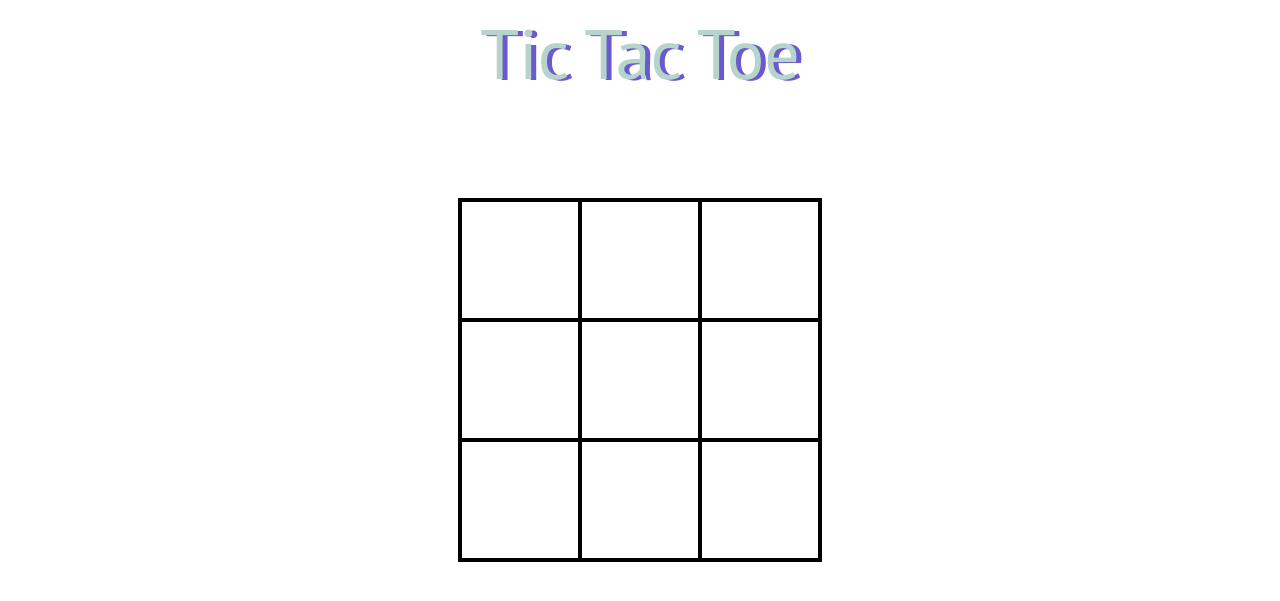
Repository: chin9/TicTacToe
Page: index.html
The author's editor kept a copy of each file at every save. The page is drawn from the files as they stood at one save, then again after a run of saves.
The browser window is 1280 px wide. The pictures show the whole page.

Above is the page before, as saved 2021-05-12 13:49:17.

### index.html
<head>
    <link rel='stylesheet' href='style.css'>
</head>

<title> TicTacToe</title>

<header>Tic Tac Toe</header>


<body>
    <div class='board'>

        <div class='grid'>

        </div>

        <div class='grid'>

        </div>

        <div class='grid'>

        </div>

        <div class='grid'>

        </div>

        <div class='grid'>

        </div>

        <div class='grid'>

        </div>

        <div class='grid'>

        </div>

        <div class='grid'>

        </div>

        <div class='grid'>

        </div>

    </div>
</body>

### style.css
@import url('https://fonts.googleapis.com/css2?family=PT+Sans&display=swap');


header{
    font-family: 'PT Sans', sans-serif;
    font-size: 70px;
    color: rgb(182, 212, 203);
    text-shadow: 5px 1px slateblue;
    text-align: center;
}

body{
    display: flex;
    flex-direction: column;
    align-items: center;

}

.board{
    height: 50vh;
    width: 50vh;

    position: relative;
    top: 100px;

    display: grid;
    grid-template-columns: 1fr 1fr 1fr;
    grid-template-rows: 1fr 1fr 1fr;

    border: 2px black solid;
}

.grid{
    border: 2px black solid;
}

After the next 2 saves:
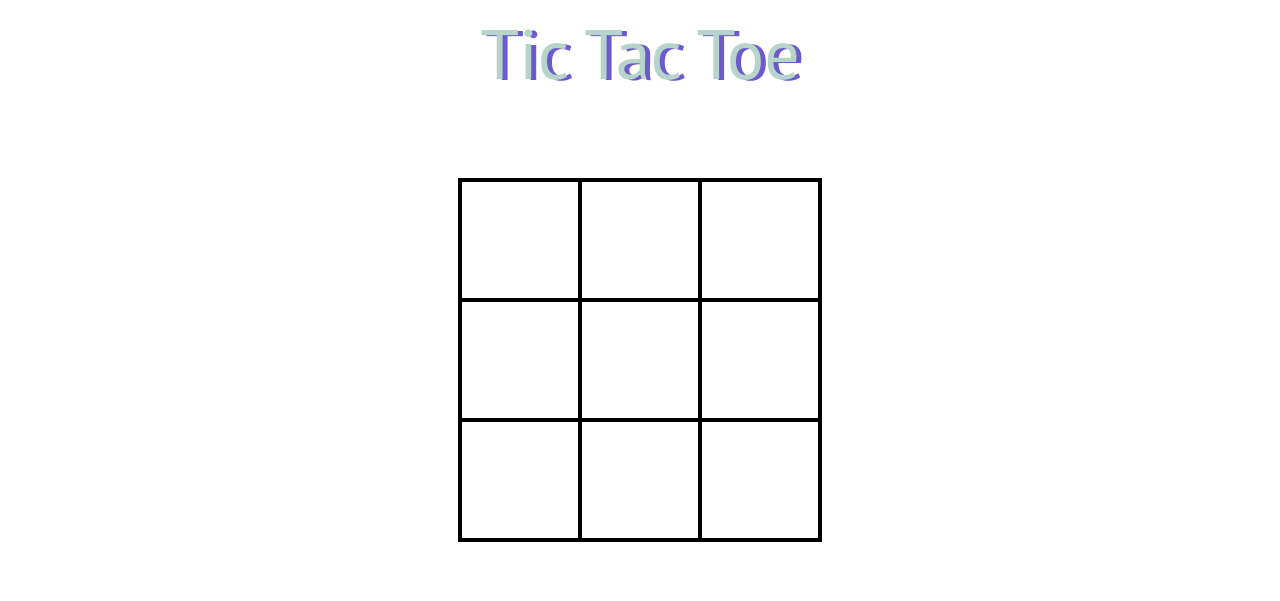
The 2 saves are shown as one change because they came seconds apart.
The last was saved 10 s later.
--- a/style.css
+++ b/style.css
@@ -21,7 +21,7 @@ body{
     width: 50vh;
 
     position: relative;
-    top: 100px;
+    top: 80px;
 
     display: grid;
     grid-template-columns: 1fr 1fr 1fr;
